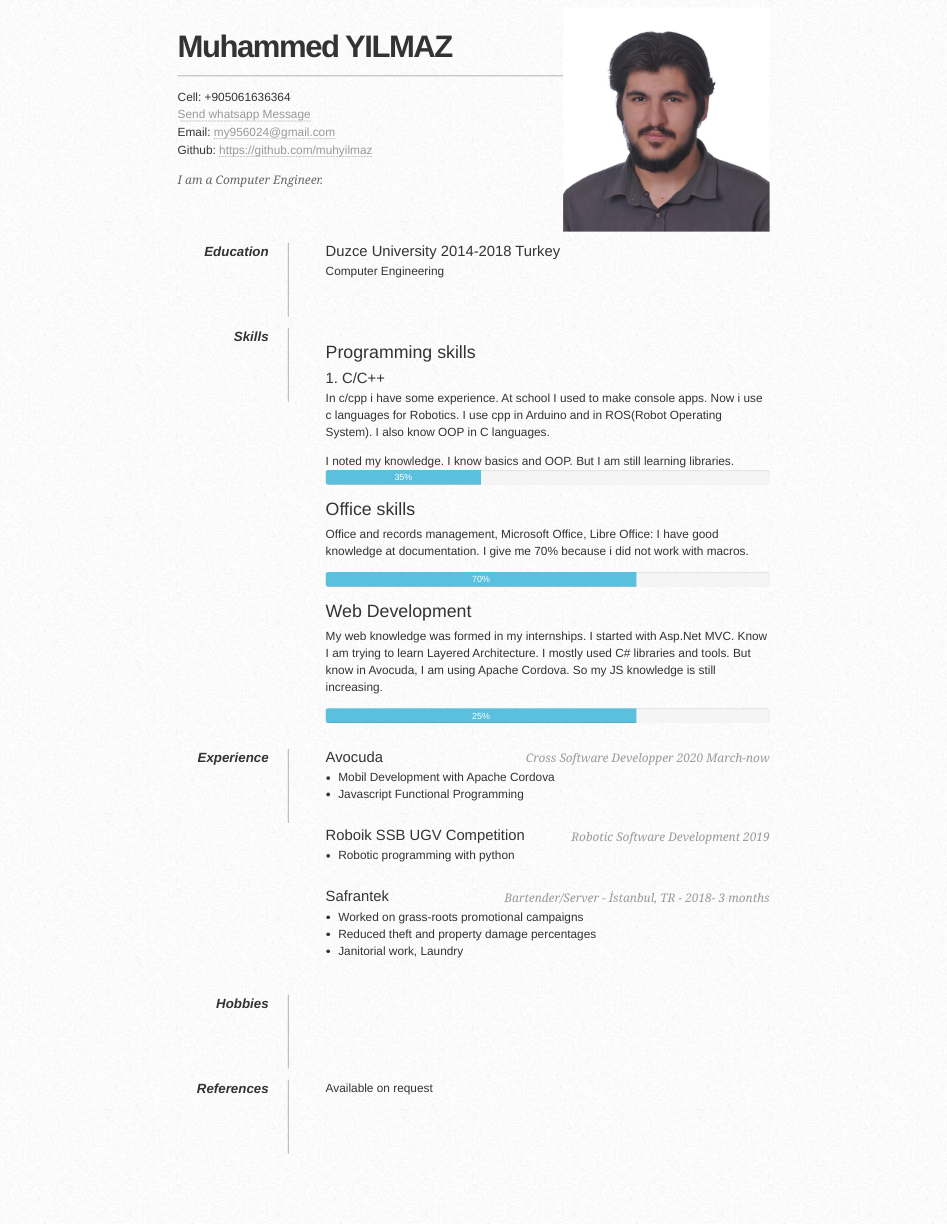
Repository: muhyilmaz/muhyilmaz.github.io
Page: index.html
These files come from the project's save history. The page is drawn as it stood at one moment and after the next save; the edit follows.
The browser window is 1280 px wide. The pictures show the whole page, at 74% of full size.

Above is the page before, as saved 2020-06-08 18:39:44.

After the next save:
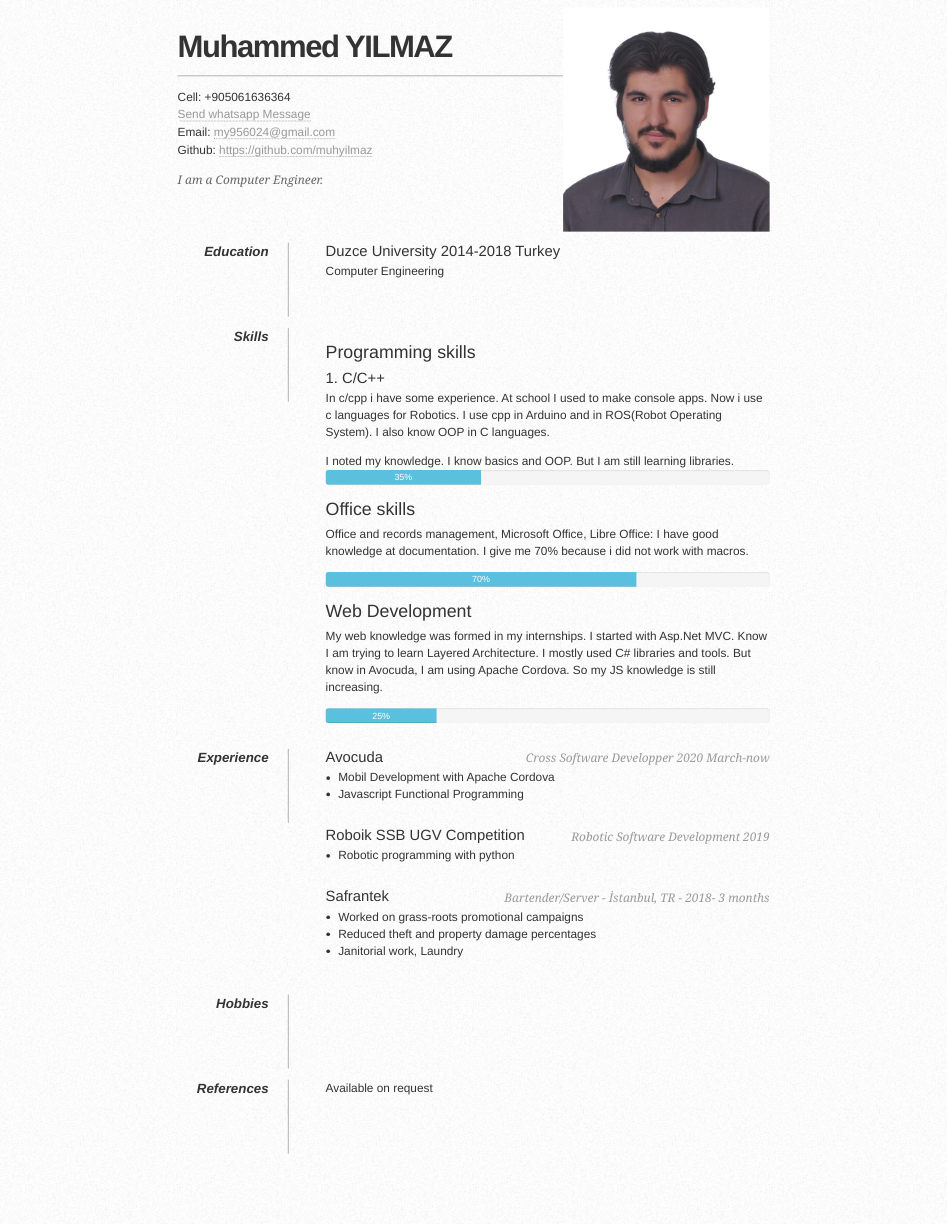
Saved 5 s later.
--- a/index.html
+++ b/index.html
@@ -104,7 +104,7 @@
                   <h3>Web Development</h3>
                 <p>My web knowledge was formed in my internships. I started with Asp.Net MVC. Know I am trying to learn Layered Architecture. I mostly used C# libraries and tools. But know in Avocuda, I am using Apache Cordova. So my JS knowledge is still increasing. </p>
                 <div class="progress">
-                    <div class="progress-bar progress-bar-info" role="progressbar" aria-valuenow="60" aria-valuemin="0" aria-valuemax="100" style="width:70%">
+                    <div class="progress-bar progress-bar-info" role="progressbar" aria-valuenow="60" aria-valuemin="0" aria-valuemax="100" style="width:25%">
                         25%
                     </div>
                   </div>
